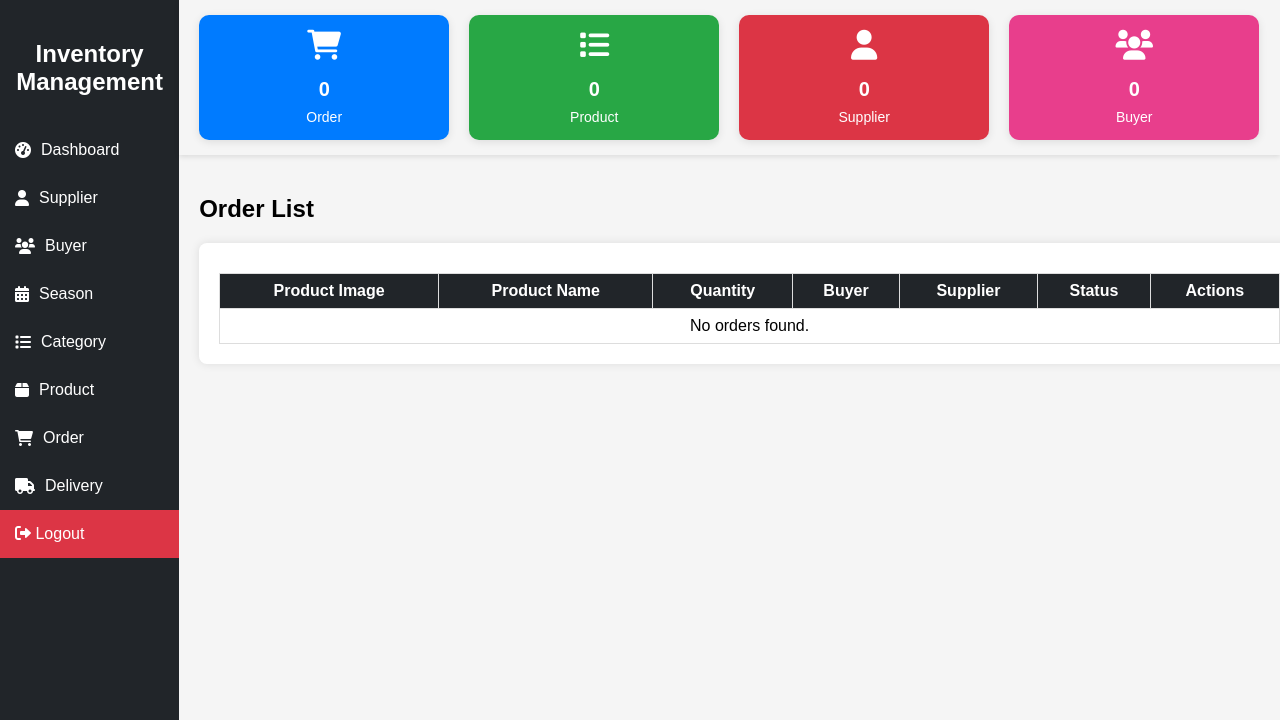
Repository: Fail2/Inventory_Management
Page: http://localhost/accounts/admin/orders/
The author's editor kept a copy of each file at every save. The page is drawn from the files as they stood at one save, then again after the next save.
The browser window is 1280 px wide. The pictures show the whole page.
The page is served by the project's application, run on Django 5.2 (inventory_management/manage.py). A made-up administrator, testuser (Test User, test@example.com), is signed in. Other server files are loaded and not shown. Queries for data that is not in the repository find no rows.

Above is the page before, as saved 2025-05-03 12:55:35.

### inventory_management/accounts/templates/accounts/admin_order_list.html
{% extends 'accounts/admin_base.html' %}
{% block title %}Admin - Orders{% endblock %}

{% block content %}
<h2>Order List</h2>

<div class="orders-table">
    <table>
        <thead>
            <tr>
                <th>Product Image</th>
                <th>Product Name</th>
                <th>Quantity</th>
                <th>Buyer</th>
                <th>Supplier</th>
                <th>Status</th>
                <th>Actions</th>
            </tr>
        </thead>
        <tbody>
            {% for order in orders %}
            <tr>
                <td>
                    <img src="{{ order.product.picture.url|default:'/media/product_images/default-image.jpg' }}"
                        alt="{{ order.product.name }}">
                </td>
                <td>{{ order.product.name }}</td>
                <td>{{ order.quantity }}</td>
                <td>{{ order.buyer.full_name }}</td>

                <td>
                    <!-- Supplier Update Form -->
                    <form method="post" style="display: inline;">
                        {% csrf_token %}
                        <input type="hidden" name="order_id" value="{{ order.id }}">

                        <select name="supplier_id" required>
                            <option value="">Select Supplier</option>
                            {% for supplier in suppliers %}
                                <option value="{{ supplier.id }}" {% if order.supplier %} {% if supplier.id == order.supplier.id %} selected {% endif %} {% endif %}>
                                    {{ supplier.full_name }}
                                </option>
                            {% endfor %}
                        </select>
                        <button type="submit" style="padding: 5px 10px;">Assign Supplier</button>
                    </form>
                </td>

                <td>
                    <!-- Status Update Form -->
                    <form method="post" style="display: inline;">
                        {% csrf_token %}
                        <input type="hidden" name="order_id" value="{{ order.id }}">

                        <select name="status" required>
                            {% for value, label in status_choices %}
                            <option value="{{ value }}" {% if order.status == value %}selected{% endif %}>
                                {{ label }}
                            </option>
                            {% endfor %}
                        </select>
                        <button type="submit" style="padding: 5px 10px;">Update Status</button>
                    </form>
                </td>
            </tr>
            {% empty %}
            <tr>
                <td colspan="7">No orders found.</td>
            </tr>
            {% endfor %}
        </tbody>
    </table>
</div>
{% endblock %}

### inventory_management/accounts/templates/accounts/admin_base.html
{% load static %}
<!DOCTYPE html>
<html lang="en">

<head>
    <meta charset="UTF-8">
    <title>{% block title %}Admin{% endblock %}</title>

    <link rel="icon" href="{% static 'favicon.ico' %}" type="image/x-icon">
    <link rel="stylesheet" href="https://cdnjs.cloudflare.com/ajax/libs/font-awesome/6.0.0/css/all.min.css">

    {% block extra_css %}{% endblock %}

    <style>
        body {
            margin: 0;
            font-family: 'Arial', sans-serif;
            background: #f5f5f5;
            height: 100vh;
            display: flex;
        }

        /* LEFT SIDEBAR */
        .sidebar {
            width: 14%;
            background: #212529;
            color: white;
            padding-top: 20px;
            display: flex;
            flex-direction: column;
        }

        .sidebar h2 {
            text-align: center;
            margin-bottom: 30px;
        }

        .sidebar a {
            display: flex;
            align-items: center;
            gap: 10px;
            color: white;
            padding: 15px;
            text-decoration: none;
            font-size: 16px;
        }

        .sidebar a:hover {
            background: #575757;
        }

        .logout-btn {
            width: 100%;
            border: none;
            background: #dc3545;
            color: white;
            padding: 15px;
            font-size: 16px;
            text-align: left;
            cursor: pointer;
            margin-top: auto;
        }

        /* RIGHT SECTION */
        .right-section {
            width: 86%;
            display: flex;
            flex-direction: column;
            height: 100%;
        }

        /* FIXED CARDS (AUTO HEIGHT) */
        .fixed-cards {
            padding: 15px 20px;
            background: #f5f5f5;
            box-shadow: 0 2px 5px rgba(0, 0, 0, 0.1);
            flex-shrink: 0;
            /* do not shrink */
        }

        .cards {
            display: flex;
            gap: 20px;
            flex-wrap: wrap;
        }

        .card {
            flex: 1;
            min-width: 180px;
            max-width: 220px;
            background: white;
            padding: 15px;
            border-radius: 10px;
            text-align: center;
            box-shadow: 0 2px 8px rgba(0, 0, 0, 0.1);
            color: white;
            transition: transform 0.3s ease;
        }

        .card:hover {
            transform: translateY(-5px);
        }

        .card i {
            font-size: 30px;
            margin-bottom: 10px;
        }

        .card h3 {
            margin: 8px 0;
            font-size: 20px;
        }

        .card p {
            margin: 0;
            font-size: 14px;
        }

        /* MAIN CONTENT (TAKES REST) */
        .main-content {
            flex-grow: 1;
            /* take remaining space */
            overflow-y: auto;
            padding: 20px;
            box-sizing: border-box;
        }

        .orders-table {
            background: white;
            width: 100%;
            border-radius: 8px;
            padding: 20px;
            box-shadow: 0 0 10px rgba(0, 0, 0, 0.1);
        }

        table {
            width: 100%;
            border-collapse: collapse;
            margin-top: 10px;
        }

        table,
        th,
        td {
            border: 1px solid #ddd;
        }

        th,
        td {
            padding: 8px;
            text-align: center;
        }

        th {
            background: #212529;
            color: white;
        }
    </style>
</head>

<body>
    <div class="sidebar">
        <h2>Inventory Management</h2>
        <a href="{% url 'admin_dashboard' %}"><i class="fas fa-tachometer-alt"></i> Dashboard</a>
        <a href="{% url 'user_list' 'supplier' %}"><i class="fas fa-user"></i> Supplier</a>
        <a href="{% url 'user_list' 'buyer' %}"><i class="fas fa-users"></i> Buyer</a>
        <a href="{% url 'grouped_product_list' 'season' %}"><i class="fas fa-calendar-alt"></i> Season</a>
        <a href="{% url 'grouped_product_list' 'category' %}"><i class="fas fa-list"></i> Category</a>
        <a href="{% url 'product_list' %}"><i class="fas fa-box"></i> Product</a>
        <a href="{% url 'admin_order_list' %}"><i class="fas fa-shopping-cart"></i> Order</a>
        <a href="#"><i class="fas fa-truck"></i> Delivery</a>
        <form method="post" action="{% url 'logout' %}">
            {% csrf_token %}
            <button type="submit" class="logout-btn"><i class="fas fa-sign-out-alt"></i> Logout</button>
        </form>
    </div>

    <div class="right-section">
        <div class="fixed-cards">
            <div class="cards">
                <div class="card" style="background: #007bff;">
                    <i class="fas fa-shopping-cart fa-2x"></i>
                    <h3>0</h3>
                    <p>Order</p>
                </div>
                <div class="card" style="background: #28a745;">
                    <i class="fas fa-list fa-2x"></i>
                    <h3>0</h3>
                    <p>Product</p>
                </div>
                <div class="card" style="background: #dc3545;">
                    <i class="fas fa-user fa-2x"></i>
                    <h3>0</h3>
                    <p>Supplier</p>
                </div>
                <div class="card" style="background: #e83e8c;">
                    <i class="fas fa-users fa-2x"></i>
                    <h3>0</h3>
                    <p>Buyer</p>
                </div>
            </div>
        </div>

        <div class="main-content">
            {% block content %}
            {% endblock %}
        </div>
    </div>

    {% block scripts %}
    {% endblock %}
</body>

</html>

### inventory_management/accounts/middleware/auth_middleware.py
from django.shortcuts import redirect

class BuyerSupplierLoginRequiredMiddleware:
    """
    Middleware to protect buyer and supplier pages.
    If user is not logged in, they will be redirected to login page.
    """

    def __init__(self, get_response):
        self.get_response = get_response

    def __call__(self, request):
        # Paths that need protection
        protected_paths = [
            '/buyer/',         # All buyer pages
            '/supplier/',      # All supplier pages
        ]

        # Check if the request path starts with any protected path
        if any(request.path.startswith(path) for path in protected_paths):
            if not request.session.get('user_type'):
                # If user_type not found in session, redirect to login
                return redirect('login')  # URL name of your login page

        response = self.get_response(request)
        return response

### inventory_management/accounts/models.py
from django.db import models
from django.contrib.auth.models import AbstractUser
from django.core.validators import MinValueValidator
import os
import uuid
from django.utils.deconstruct import deconstructible

# Custom User Model for Buyer and Seller types
class CustomUser(AbstractUser):
    USER_TYPE_CHOICES = (
        ('buyer', 'Buyer'),
        ('supplier', 'Supplier'),
    )
    user_type = models.CharField(max_length=10, choices=USER_TYPE_CHOICES)

    def is_admin(self):
        return self.is_superuser  # Check if the user is an admin

class Buyer(models.Model):
    full_name=models.CharField(max_length=100)
    address = models.TextField()
    email = models.EmailField(unique=True)
    username = models.CharField(max_length=100,unique=True)
    password =models.CharField(max_length=128) #store hashed password
    last_login = models.DateTimeField(null=True, blank=True)
    date_joined = models.DateTimeField(auto_now_add=True)


    def __str__(self):
        return self.full_name

class Supplier(models.Model):
    full_name=models.CharField(max_length=100)
    address = models.TextField()
    email = models.EmailField(unique=True)
    username = models.CharField(max_length=100,unique=True)
    password =models.CharField(max_length=128) #store hashed password
    last_login = models.DateTimeField(null=True, blank=True)
    date_joined = models.DateTimeField(auto_now_add=True)


    def __str__(self):
        return self.full_name

class Season(models.Model):
    name = models.CharField(max_length=100)

    def __str__(self):
        return self.name

class Category(models.Model):
    name = models.CharField(max_length=100)

    def __str__(self):
        return self.name

#for creating unique file name for image so that no override occurs
@deconstructible
class UniqueFileName:
    def __init__(self, subdir):
        self.subdir = subdir

    def __call__(self, instance, filename):
        ext = filename.split('.')[-1]
        unique_filename = f"{uuid.uuid4().hex}.{ext}"
        return os.path.join(self.subdir, unique_filename)

class Product(models.Model):
    name = models.CharField(max_length=255)
    category = models.ForeignKey(Category, on_delete=models.SET_NULL,null=True, blank=True)
    season = models.ForeignKey(Season, on_delete=models.SET_NULL, null=True, blank=True)
    price = models.DecimalField(max_digits=10, decimal_places=2,validators=[MinValueValidator(0.01)])
    quantity = models.PositiveIntegerField()
    picture = models.ImageField(upload_to=UniqueFileName('product_images/'), null=True, blank=True)
    supplier = models.ForeignKey(Supplier, on_delete=models.SET_NULL, null=True, blank=True)  # Now optional

    def __str__(self):
        return self.name
    def save(self, *args, **kwargs):
        try:
            this = Product.objects.get(id=self.id)
            if this.picture and self.picture != this.picture:
                if os.path.isfile(this.picture.path):
                    os.remove(this.picture.path)
        except Product.DoesNotExist:
            pass  # This is a new product, no need to delete anything

        super().save(*args, **kwargs)

    def delete(self, *args, **kwargs):
        if self.picture and os.path.isfile(self.picture.path):
            os.remove(self.picture.path)
        super().delete(*args, **kwargs)


class Order(models.Model):
    STATUS_CHOICES = [
        ('pending', 'Pending'),
        ('approved', 'Approved'),
        ('shipped', 'Shipped'),
        ('completed', 'Completed'),
    ]
    buyer = models.ForeignKey(Buyer, on_delete=models.CASCADE)
    product = models.ForeignKey(Product, on_delete=models.CASCADE)
    supplier = models.ForeignKey(Supplier, on_delete=models.SET_NULL, null=True, blank=True)
    quantity = models.PositiveIntegerField()
    total_amount = models.DecimalField(max_digits=10, decimal_places=2, blank=True, null=True)
    delivery_address = models.TextField()  # <- NEW FIELD for where to send
    status = models.CharField(max_length=20, choices=STATUS_CHOICES, default='pending')
    order_date = models.DateTimeField(auto_now_add=True)

    def __str__(self):
        return f"Order #{self.id} - {self.product.name} by {self.buyer.full_name}"

    def save(self, *args, **kwargs):
        if self.product and self.quantity:
            self.total_amount = self.product.price * self.quantity
        super().save(*args, **kwargs)

class Delivery(models.Model):
    order = models.OneToOneField(Order, on_delete=models.CASCADE)
    delivery_date = models.DateField()
    status = models.CharField(max_length=50)

    def __str__(self):
        return f"Delivery for {self.order}"

### inventory_management/inventory_management/urls.py
"""
URL configuration for inventory_management project.

The `urlpatterns` list routes URLs to views. For more information please see:
    https://docs.djangoproject.com/en/5.2/topics/http/urls/
Examples:
Function views
    1. Add an import:  from my_app import views
    2. Add a URL to urlpatterns:  path('', views.home, name='home')
Class-based views
    1. Add an import:  from other_app.views import Home
    2. Add a URL to urlpatterns:  path('', Home.as_view(), name='home')
Including another URLconf
    1. Import the include() function: from django.urls import include, path
    2. Add a URL to urlpatterns:  path('blog/', include('blog.urls'))
"""
from django.contrib import admin
from django.conf import settings
from django.conf.urls.static import static
from django.urls import path,include

urlpatterns = [
    path('admin/', admin.site.urls),
    path('accounts/',include('accounts.urls')),
]
# This serves media files in development (make sure to only use this in development)
if settings.DEBUG:
    urlpatterns += static(settings.MEDIA_URL, document_root=settings.MEDIA_ROOT)

### inventory_management/accounts/urls.py

from django.conf import settings
from django.conf.urls.static import static
from django.urls import path
from . import views

urlpatterns = [
    # Admin-related paths
    path('admin-login/', views.admin_login_view, name='admin-login'),
    path('admin-dashboard/', views.admin_dashboard, name='admin_dashboard'),
    path('<str:user_type>/list/', views.user_list, name='user_list'),
    path('<str:user_type>/add/', views.add_user, name='add_user'),
    path('<str:user_type>/edit/<int:user_id>/', views.edit_user, name='edit_user'),
    path('<str:user_type>/delete/<int:user_id>/', views.delete_user, name='delete_user'),
    path('products/', views.product_list, name='product_list'),
    path('add/', views.add_product, name='add_product'),  # add_product view coming next
    path('products/<int:product_id>/edit/', views.edit_product, name='edit_product'),
    path('products/<int:product_id>/delete/', views.delete_product, name='delete_product'),
    path('products/by/<str:group_by>/', views.grouped_product_list, name='grouped_product_list'),
    path('add/<str:group_by>/', views.add_group, name='add_group'),
    path('admin/orders/', views.admin_order_list, name='admin_order_list'),


    # Buyer/Seller login
    path('login/', views.login_view, name='login'),
    path('logout/', views.logout_view, name='logout'),


    # Buyer-specific paths
    path('buyer/login/', views.login_view, name='login_view'),
    path('buyer/home/', views.buyer_home, name='buyer_home'),
    path('buyer/orders/', views.buyer_orders, name='buyer_orders'),
    path('buyer/place_order/<int:product_id>/', views.place_order, name='place_order'),
    path('<str:user_type>/product/<int:product_id>/', views.buyer_product_detail, name='buyer_product_detail'),


    #Supplier

]

Loaded but not shown: inventory_management/accounts/templatetags/custom_tags.py (common file); inventory_management/accounts/views.py (515 lines, source omitted)

After the next save:
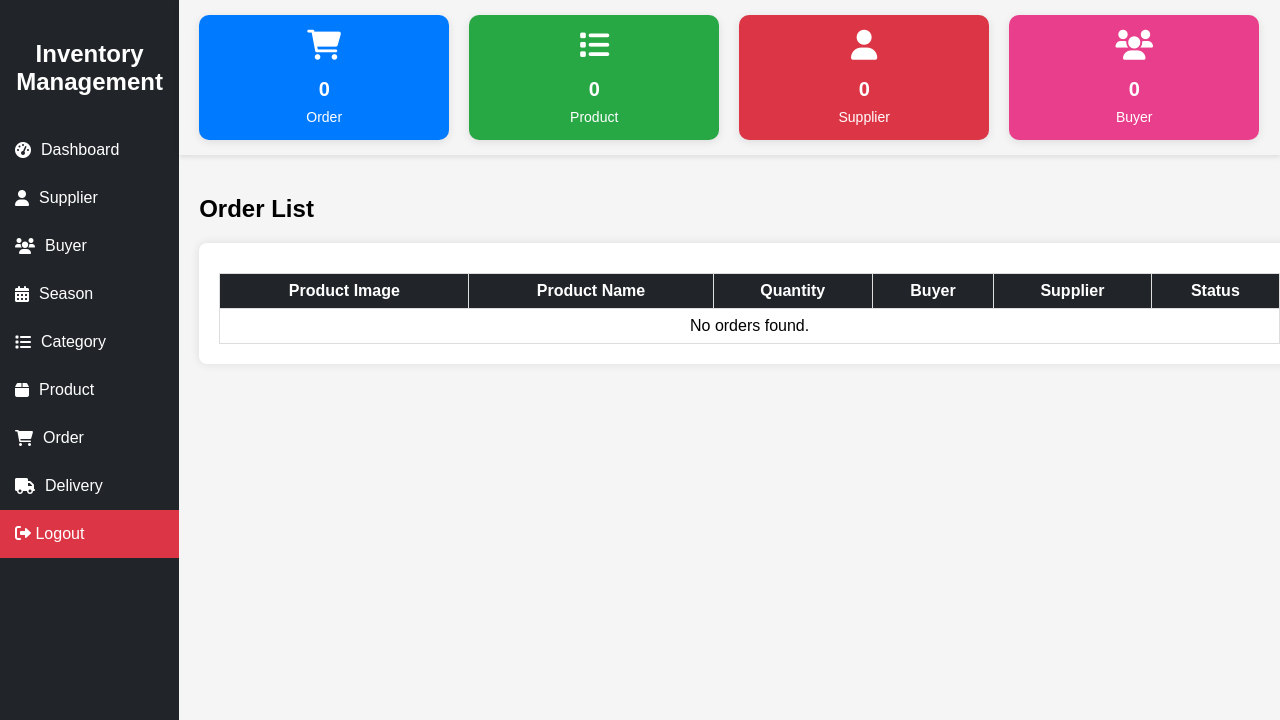
Saved 34 s later.
--- a/inventory_management/accounts/templates/accounts/admin_order_list.html
+++ b/inventory_management/accounts/templates/accounts/admin_order_list.html
@@ -14,7 +14,6 @@
                 <th>Buyer</th>
                 <th>Supplier</th>
                 <th>Status</th>
-                <th>Actions</th>
             </tr>
         </thead>
         <tbody>
@@ -22,36 +21,38 @@
             <tr>
                 <td>
                     <img src="{{ order.product.picture.url|default:'/media/product_images/default-image.jpg' }}"
-                        alt="{{ order.product.name }}">
+                         alt="{{ order.product.name }}" width="60" height="60">
                 </td>
                 <td>{{ order.product.name }}</td>
                 <td>{{ order.quantity }}</td>
                 <td>{{ order.buyer.full_name }}</td>
 
+                <!-- Supplier Column -->
                 <td>
-                    <!-- Supplier Update Form -->
+                    {% if order.supplier %}
+                        {{ order.supplier.full_name }}
+                    {% else %}
+                        <form method="post" style="display: inline;">
+                            {% csrf_token %}
+                            <input type="hidden" name="order_id" value="{{ order.id }}">
+                            <select name="supplier_id" required>
+                                <option value="">Select Supplier</option>
+                                {% for supplier in suppliers %}
+                                <option value="{{ supplier.id }}" {% if order.supplier and supplier.id == order.supplier.id %}selected{% endif %}>
+                                    {{ supplier.full_name }}
+                                </option>
+                                {% endfor %}
+                            </select>
+                            <button type="submit" style="padding: 5px 10px;">Assign Supplier</button>
+                        </form>
+                    {% endif %}
+                </td>
+
+                <!-- Status Column -->
+                <td>
                     <form method="post" style="display: inline;">
                         {% csrf_token %}
                         <input type="hidden" name="order_id" value="{{ order.id }}">
-
-                        <select name="supplier_id" required>
-                            <option value="">Select Supplier</option>
-                            {% for supplier in suppliers %}
-                                <option value="{{ supplier.id }}" {% if order.supplier %} {% if supplier.id == order.supplier.id %} selected {% endif %} {% endif %}>
-                                    {{ supplier.full_name }}
-                                </option>
-                            {% endfor %}
-                        </select>
-                        <button type="submit" style="padding: 5px 10px;">Assign Supplier</button>
-                    </form>
-                </td>
-
-                <td>
-                    <!-- Status Update Form -->
-                    <form method="post" style="display: inline;">
-                        {% csrf_token %}
-                        <input type="hidden" name="order_id" value="{{ order.id }}">
-
                         <select name="status" required>
                             {% for value, label in status_choices %}
                             <option value="{{ value }}" {% if order.status == value %}selected{% endif %}>
@@ -65,7 +66,7 @@
             </tr>
             {% empty %}
             <tr>
-                <td colspan="7">No orders found.</td>
+                <td colspan="6">No orders found.</td>
             </tr>
             {% endfor %}
         </tbody>
